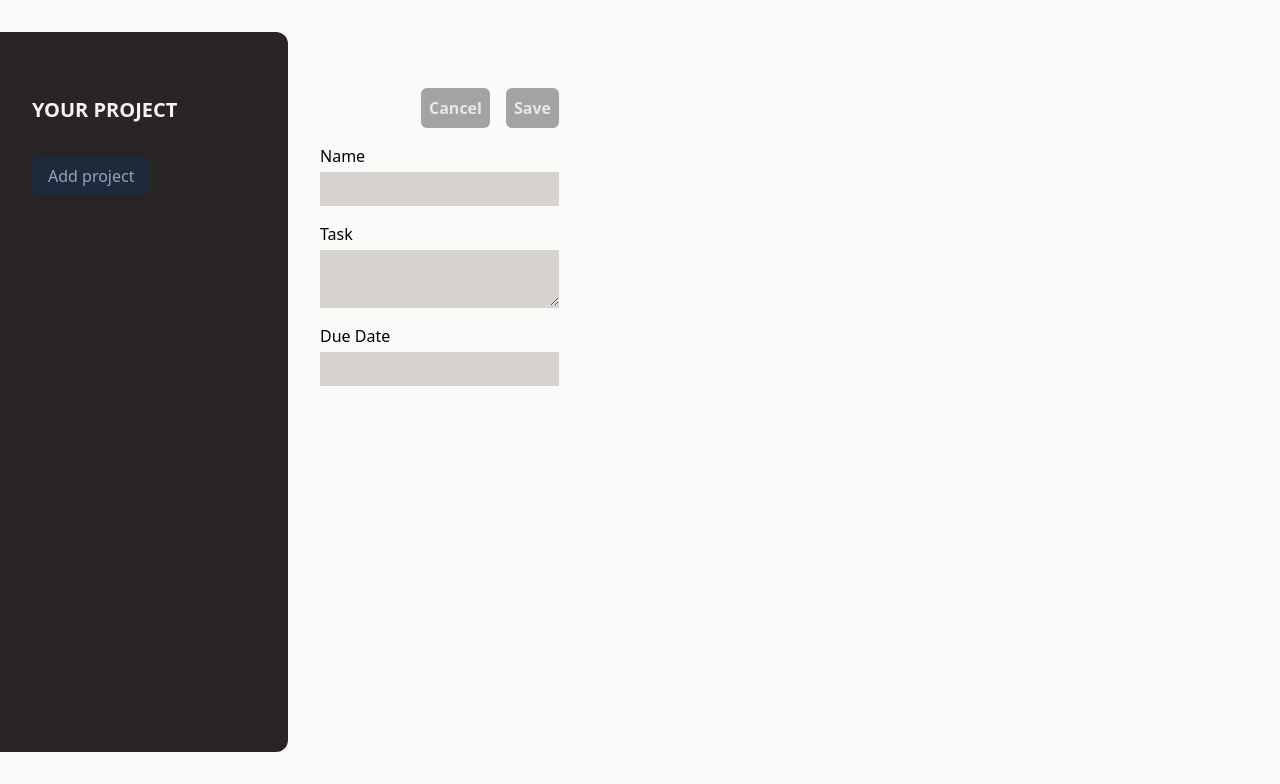
Repository: sibi24sibi/todo-list-using-reactjs
Page: /
These files come from the project's save history. The page is drawn as it stood at one moment and after the next save; the edit follows.
The browser window is 1280 px wide. The pictures show the whole page.
The project was rebuilt for these pictures with package versions that can differ from the ones it lists, and the page was loaded fresh each time. Also part of the build but not shown: vite.config.js.

Above is the page before, as saved 2024-06-24 12:19:53.

After the next save:
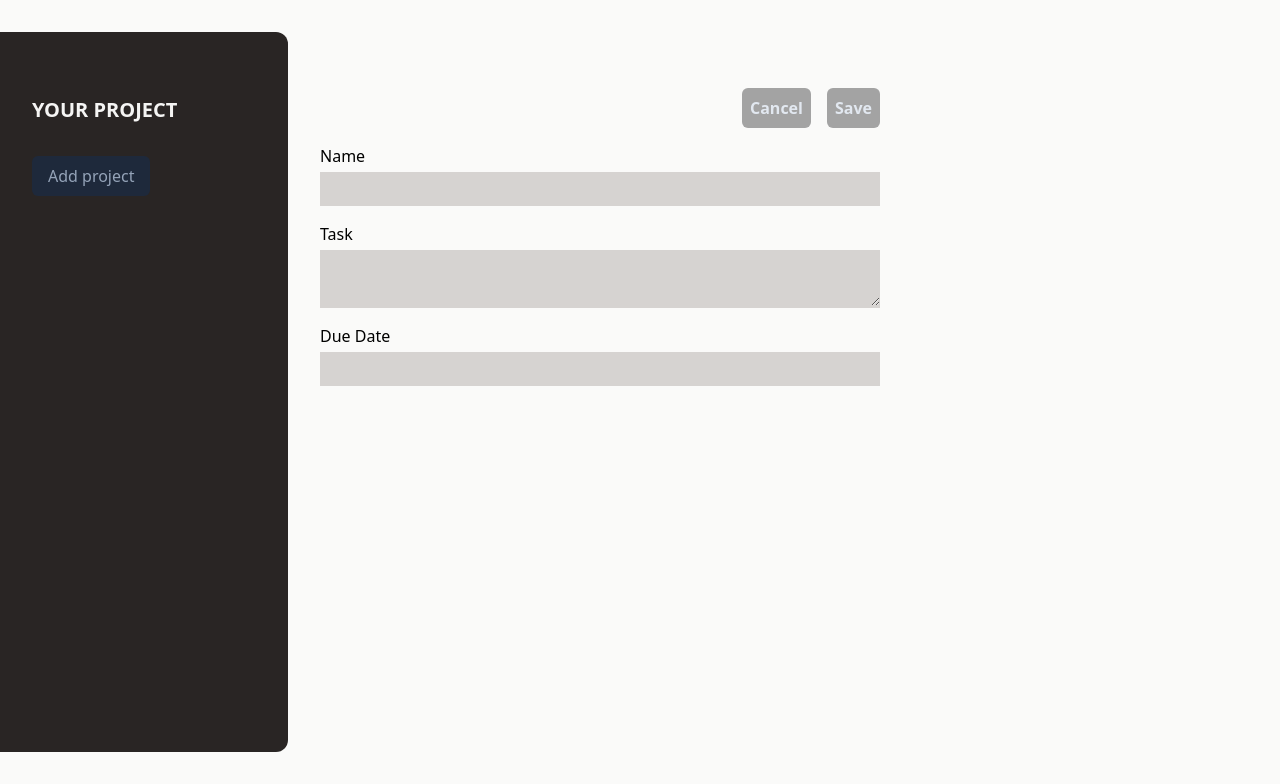
Saved 22 s later.
--- a/src/assets/Components/Input/NewProjects.jsx
+++ b/src/assets/Components/Input/NewProjects.jsx
@@ -2,7 +2,7 @@ import Input from "./Input";
 
 export default function NewPoject() {
   return (
-    <div className=" w-{35rem} mt-10">
+    <div className=" w-[35rem] mt-10">
       <menu className="flex items-center justify-end  gap-4 my-4">
         <li>
           <button className="p-2 bg-neutral-400 font-semibold text-slate-200 rounded-md   hover:text-slate-800 hover:bg-red-400 ">
